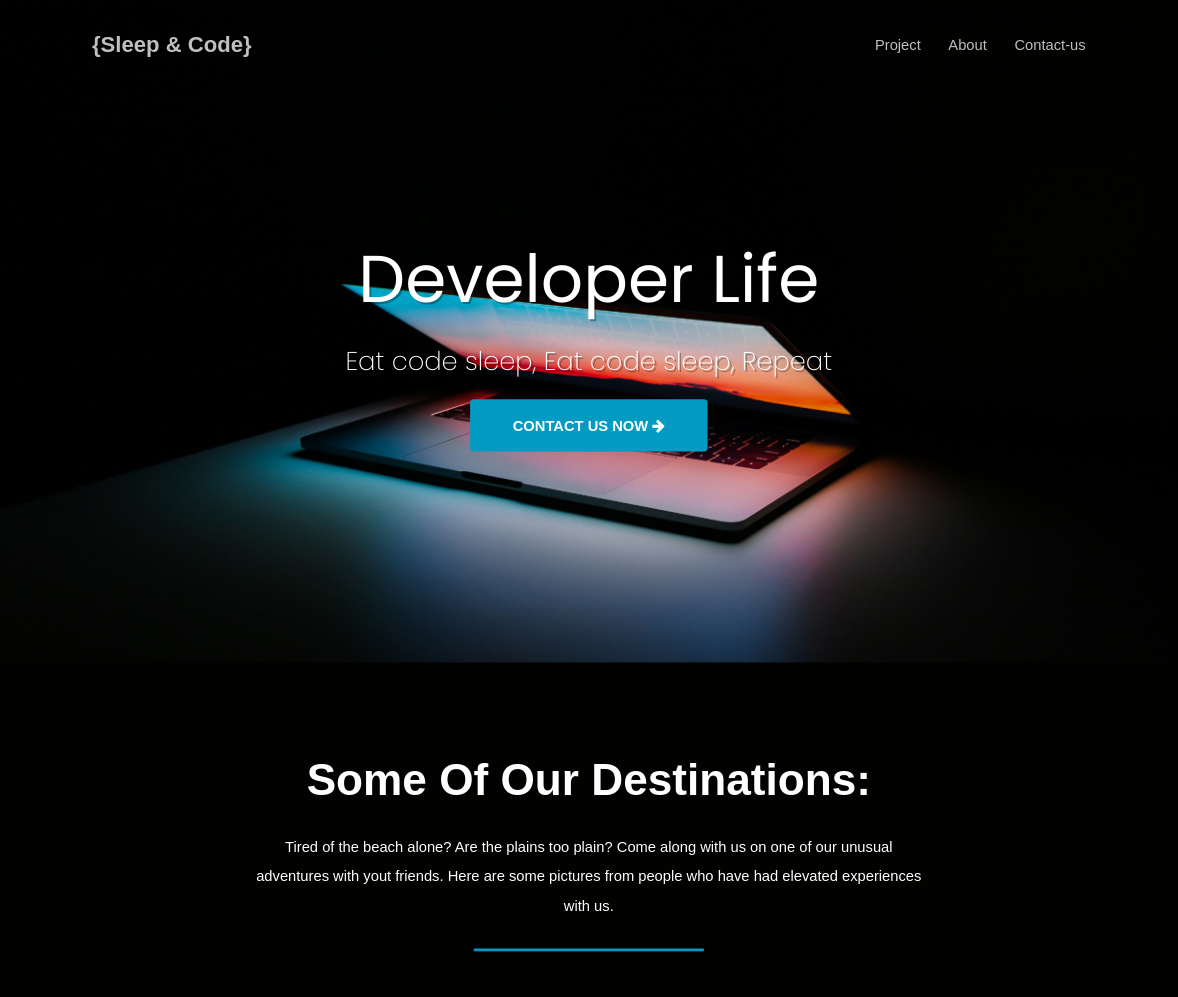
Repository: Samkiroko/Techcamp-html
Page: index.html
These files come from the project's save history. The page is drawn as it stood at one moment and after the next save; the edit follows.
The browser window is 1280 px wide. The pictures show the part of the page from y = 0 to 1084 px (the page is 4704 px tall), at 92% of full size.
Pictures or frames that could not be fetched are drawn as grey boxes.

Above is the page before, as saved 2021-08-05 16:50:33.
Not found: assets/css/styles.css

### index.html
<!DOCTYPE html>
<html lang="en">

<head>
    <meta charset="UTF-8">
    <title>Tech Camp start-up</title>
    <link rel="stylesheet" href="./style.css">

</head>


<!-- partial:index.partial.html -->
<link rel="preconnect" href="https://fonts.googleapis.com">
<link rel="preconnect" href="https://fonts.gstatic.com" crossorigin>
<link href="https://fonts.googleapis.com/css2?family=Poppins:wght@200;400;600&display=swap" rel="stylesheet">
<link rel="stylesheet" href="https://maxcdn.bootstrapcdn.com/font-awesome/4.7.0/css/font-awesome.min.css">
<link rel="stylesheet" href="assets/css/styles.css">
</head>


<!-- Forked from a template on Tutorialzine: https://tutorialzine.com/2016/06/freebie-landing-page-template-with-flexbox -->
<header>
    <h2><a href="#">{Sleep & Code}</a></h2>
    <nav>
        <li><a href="#">Project</a></li>
        <li><a href="#">About</a></li>
        <li><a href="#">Contact-us</a></li>
    </nav>
</header>

<section class="hero">
    <div class="background-image"></div>
    <div class="hero-content-area">
        <h1>Developer Life</h1>
        <h3>Eat code sleep, Eat code sleep, Repeat</h3>
        <a href="#" class="btn ">Contact Us Now <span class="fa fa-arrow-right"></span></a>
    </div>
</section>

<section class="destinations">
    <h3 class="title">Some of our destinations:</h3>
    <p>Tired of the beach alone? Are the plains too plain? Come along with us on one of our unusual adventures with yout friends. Here are some pictures from people who have had elevated experiences with us.</p>
    <hr>

    <ul class="grid">
        <li class="small image-1"></li>
        <li class="large image-2"></li>
        <li class="large image-3"></li>
        <li class="small image-4"></li>
    </ul>
</section>

<section class="packages">
    <h3 class="title">CODING PROJECT PLAN :</h3>
    <p>We offer a variety of group (minimum 5 people) packages. Whether you've spent some summers together or this might be your first adventure, we've got the perfect vacation for you.</p>
    <hr>

    <ul class="grid">
        <li>
            <i class="fa fa-compass fa-4x"></i>
            <h4>Guided Trips</h4>
            <p>Looking for the complete experience? Take a tour with one of our experts. They'll show you secrets that you're likely to miss otherwise.</p>
        </li>
        <li>
            <i class="fa fa-camera-retro fa-4x"></i>
            <h4>Photo Trips</h4>
            <p>Want to experience nature's beauty without all of that annoying exercise? Take a photo tour on one of our <em>Life is a party!</em> buses.</p>
        </li>
        <li>
            <i class="fa fa-bicycle fa-4x"></i>
            <h4>Biking Trips</h4>
            <p>If bicycles are more your speed, consider taking a tour through one of our mountain or city bike paths. We'll provide the bikes, and lunch too!</p>
        </li>
        <li>
            <i class="fa fa-flag-checkered fa-4x"></i>
            <h4>Racing Trips</h4>
            <p>Got a competitive spirit? Sign up for one of our challenge-based marathons! Try to reach the summit before any other group.</p>
        </li>
    </ul>
</section>

<section class="testimonials">
    <h3 class="title">Testimonials from our adventurers:</h3>
    <hr>
    <p class="quote">Wow! This tour made me realize how much I love being outside with my friends. After going on one of these tours, I can safely say that beer pong is my favorite game all time, also the cultural programs were really interesting!</p>
    <p class="author">- Albert Herter</p>
    <p class="quote">Wow, this really blew my mind. We had so much fun at the beach, and also some hidden secrets revealed. Come on, I'm living in this city for 5 years. Amazing!</p>
    <p class="author">- Sharon Rosenberg</p>
    <p class="quote">If you want to understand your friends better, head to the mountains. I mean, seriously. It's like sitting next to a campfire and just talk in the sunset, woah. You know? It's like that.</p>
    <p class="author">- Luis Mendoza</p>
</section>

<section class="contact">
    <h3 class="title">Learn more</h3>
    <p>Want to know about our upcoming events, or come to one of our mixers? Just sign up for our mailing list. No spam from us, we promise! Except for the spam we give you to keep up your energy while you're having fun with your friends. Have a blast! We
        have tons of that.</p>
    <hr>
    <form>
        <input type="email" placeholder="Email">
        <a href="#" class="btn">Subscribe now</a>
    </form>
</section>

<footer>
    <p>Images courtesy of <a href="http://unsplash.com/">unsplash</a>.</p>
    <p>Why are you even reading this?! There's never anything interesting in the footer!</p>
    <ul>
        <li><a href="#"><i class="fa fa-twitter-square fa-2x"></i></a></li>
        <li><a href="#"><i class="fa fa-facebook-square fa-2x"></i></a></li>
        <li><a href="#"><i class="fa fa-snapchat-square fa-2x"></i></a></li>
    </ul>
</footer>
<!-- partial -->

</body>

</html>

### style.css
/*General Styles*/

* {
    margin: 0;
    padding: 0;
    box-sizing: border-box;
}

body {
    background: #020200;
}

html {
    font-size: 16px;
    font-family: 'Raleway', sans-serif;
    color: #fff;
}

ul,
nav {
    list-style: none;
}

a {
    text-decoration: none;
    opacity: 0.75;
    color: #fff;
}

a:hover {
    opacity: 1;
}

a.btn {
    border-radius: 4px;
    text-transform: uppercase;
    font-weight: bold;
    text-align: center;
    background-color: #039bc2;
    opacity: 1;
    transition: all 400ms;
}

a.btn:hover {
    background-color: #ce5856;
}

section {
    display: flex;
    flex-direction: column;
    align-items: center;
    padding: 100px 80px;
}

section:not(.hero):nth-child(even) {
    background-color: #f5f5f5;
}

.grid {
    width: 100%;
    display: flex;
    flex-wrap: wrap;
    justify-content: center;
}

hr {
    width: 250px;
    height: 3px;
    background-color: #039bc2;
    border: 0;
    margin-bottom: 50px;
}


/*
.image-1 {
    background-image: url('https://images.unsplash.com/photo-1505852903341-fc8d3db10436?ixlib=rb-0.3.5&q=80&fm=jpg&crop=entropy&cs=tinysrgb&w=1600&h=900&fit=crop&s=e2f72e62d5f4f04256dd9305d5f51f3c');
}

.image-2 {
    background-image: url('https://images.unsplash.com/photo-1475483768296-6163e08872a1?ixlib=rb-0.3.5&q=80&fm=jpg&crop=entropy&cs=tinysrgb&w=1600&h=900&fit=crop&s=20b3b1c3caef8c619ac3c75c07a7eafb');
}

.image-3 {
    background-image: url('https://images.unsplash.com/photo-1490576198307-6ff97609a0cc?ixlib=rb-0.3.5&q=80&fm=jpg&crop=entropy&cs=tinysrgb&w=1600&h=900&fit=crop&s=a0dbd168637edc2cfdac3715ab23d519');
}

.image-4 {
    background-image: url('https://images.unsplash.com/photo-1505483531331-fc3cf89fd382?ixlib=rb-0.3.5&q=80&fm=jpg&crop=entropy&cs=tinysrgb&w=1600&h=900&fit=crop&s=4f305bbc0243f81f1bf6053a62d76297');
} */

section h3.title {
    text-transform: capitalize;
    font: bold 48px 'Amatic SC', sans-serif;
    margin-bottom: 30px;
    text-align: center;
    color: #fff;
}

section p {
    max-width: 775px;
    line-height: 2;
    padding: 0 20px;
    margin-bottom: 30px;
    text-align: center;
    color: #ffff;
}

@media (max-width: 800px) {
    section {
        padding: 50px 20px;
    }
}


/*Header Styles*/

header {
    position: absolute;
    width: 100%;
    display: flex;
    justify-content: space-between;
    align-items: center;
    padding: 35px 100px 0;
    animation: 1s fadein 0.5s forwards;
    opacity: 0;
    color: #fff;
    z-index: 2;
}

@keyframes fadein {
    100% {
        opacity: 1;
    }
}

header h2 {
    font-family: 'Amatic SC', sans-serif;
}

header nav {
    display: flex;
    margin-right: -15px;
}

header nav li {
    margin: 0 15px;
}

@media (max-width: 800px) {
    header {
        padding: 20px 50px;
        flex-direction: column;
    }
    header h2 {
        margin-bottom: 15px;
    }
}


/*Hero Styles*/

.hero {
    position: relative;
    justify-content: center;
    text-align: center;
    min-height: 100vh;
    color: #fff;
}

.hero .background-image {
    position: absolute;
    top: 0;
    left: 0;
    width: 100%;
    height: 100%;
    background-image: url('img/hp.jpg');
    background-size: cover;
    z-index: -1;
    background-color: #80a3db;
}

.hero h1 {
    font: 72px 'Amatic SC', sans-serif;
    text-shadow: 2px 2px rgba(0, 0, 0, 0.3);
    margin-bottom: 15px;
}

.hero h3 {
    font: 28px 'Raleway', sans-serif;
    font-weight: 300;
    text-shadow: 2px 2px rgba(0, 0, 0, 0.3);
    margin-bottom: 40px;
}

.hero a.btn {
    padding: 20px 46px;
}

.hero-content-area {
    opacity: 0;
    margin-top: 100px;
    animation: 1s slidefade 1s forwards;
}

@keyframes slidefade {
    100% {
        opacity: 1;
        margin: 0;
    }
}

@media (max-width: 800px) {
    .hero {
        min-height: 600px;
    }
    .hero h1 {
        font-size: 48px;
    }
    .hero h3 {
        font-size: 24px;
    }
    .hero a.btn {
        padding: 15px 40px;
    }
}


/*Destinations Section*/

.destinations .grid li {
    height: 350px;
    padding: 20px;
    background-clip: content-box;
    background-size: cover;
    background-position: center;
}

.destinations .grid li.small {
    flex-basis: 30%;
}

.destinations .grid li.large {
    flex-basis: 70%;
}

@media (max-width: 1100px) {
    .destinations .grid li.small,
    .destinations .grid li.large {
        flex-basis: 50%;
    }
}

@media (max-width: 800px) {
    .destinations .grid li.small,
    .destinations .grid li.large {
        flex-basis: 100%;
    }
}


/*Packages Section*/

.packages .grid li {
    padding: 50px;
    flex-basis: 50%;
    text-align: center;
}

.packages .grid li i {
    color: #039bc2;
}

.packages .grid li h4 {
    font-size: 30px;
    margin: 25px 0;
}

@media (max-width: 800px) {
    .packages .grid li {
        flex-basis: 100%;
        padding: 20px;
    }
}


/*Testimonials Section*/

.testimonials .quote {
    font-size: 22px;
    font-weight: 300;
    line-height: 1.5;
    margin: 40px 0 25px;
}

@media (max-width: 800px) {
    .testimonials .quote {
        font-size: 18px;
        margin: 15px 0;
    }
    .testimonials .author {
        font-size: 14px;
    }
}


/*Contact Section*/

.contact form {
    display: flex;
    align-items: center;
    justify-content: center;
    flex-wrap: wrap;
    width: 60%;
}

.contact form .btn {
    padding: 18px 42px;
}

.contact form input {
    padding: 15px;
    margin-right: 30px;
    font-size: 18px;
    color: #555;
    flex: 1;
}

@media (max-width: 1000px) {
    .contact form input {
        flex-basis: 100%;
        margin: 0 0 20px 0;
    }
}


/*Footer Section*/

footer {
    display: flex;
    align-items: center;
    justify-content: space-around;
    background-color: #555;
    color: #fff;
    padding: 20px 0;
}

footer ul {
    display: flex;
}

footer ul li {
    margin-left: 16px;
}

footer p {
    text-transform: uppercase;
    font-size: 14px;
    opacity: 0.6;
    align-self: center;
}

@media (max-width: 1100px) {
    footer {
        flex-direction: column;
    }
    footer p {
        text-align: center;
        margin-bottom: 20px;
    }
    footer ul li {
        margin: 0 8px;
    }
}


/*General Styles*/

* {
    margin: 0;
    padding: 0;
    box-sizing: border-box;
}

html {
    font-size: 16px;
    font-family: 'Raleway', sans-serif;
    color: #555;
}

ul,
nav {
    list-style: none;
}

a {
    text-decoration: none;
    opacity: 0.75;
    color: #fff;
}

a:hover {
    opacity: 1;
}

a.btn {
    border-radius: 4px;
    text-transform: uppercase;
    font-weight: bold;
    text-align: center;
    background-color: #039bc2;
    opacity: 1;
    transition: all 400ms;
}

a.btn:hover {
    background-color: #ce5856;
}

section {
    display: flex;
    flex-direction: column;
    align-items: center;
    padding: 100px 80px;
}

section:not(.hero):nth-child(even) {
    background-color: #f5f5f5;
}

.grid {
    width: 100%;
    display: flex;
    flex-wrap: wrap;
    justify-content: center;
}

hr {
    width: 250px;
    height: 3px;
    background-color: #039bc2;
    border: 0;
    margin-bottom: 50px;
}

.image-1 {
    background-image: url('https://images.unsplash.com/photo-1505852903341-fc8d3db10436?ixlib=rb-0.3.5&q=80&fm=jpg&crop=entropy&cs=tinysrgb&w=1600&h=900&fit=crop&s=e2f72e62d5f4f04256dd9305d5f51f3c');
}

.image-2 {
    background-image: url('https://images.unsplash.com/photo-1475483768296-6163e08872a1?ixlib=rb-0.3.5&q=80&fm=jpg&crop=entropy&cs=tinysrgb&w=1600&h=900&fit=crop&s=20b3b1c3caef8c619ac3c75c07a7eafb');
}

.image-3 {
    background-image: url('https://images.unsplash.com/photo-1490576198307-6ff97609a0cc?ixlib=rb-0.3.5&q=80&fm=jpg&crop=entropy&cs=tinysrgb&w=1600&h=900&fit=crop&s=a0dbd168637edc2cfdac3715ab23d519');
}

.image-4 {
    background-image: url('https://images.unsplash.com/photo-1505483531331-fc3cf89fd382?ixlib=rb-0.3.5&q=80&fm=jpg&crop=entropy&cs=tinysrgb&w=1600&h=900&fit=crop&s=4f305bbc0243f81f1bf6053a62d76297');
}

section h3.title {
    color: ffff !important;
    text-transform: capitalize;
    font: bold 48px 'Amatic SC', sans-serif;
    margin-bottom: 30px;
    text-align: center;
}

section p {
    max-width: 775px;
    line-height: 2;
    padding: 0 20px;
    margin-bottom: 30px;
    text-align: center;
}

@media (max-width: 800px) {
    section {
        padding: 50px 20px;
    }
}


/*Header Styles*/

header {
    position: absolute;
    width: 100%;
    display: flex;
    justify-content: space-between;
    align-items: center;
    padding: 35px 100px 0;
    animation: 1s fadein 0.5s forwards;
    opacity: 0;
    color: #fff;
    z-index: 2;
}

@keyframes fadein {
    100% {
        opacity: 1;
    }
}

header h2 {
    font-family: 'Amatic SC', sans-serif;
}

header nav {
    display: flex;
    margin-right: -15px;
}

header nav li {
    margin: 0 15px;
}

@media (max-width: 800px) {
    header {
        padding: 20px 50px;
        flex-direction: column;
    }
    header h2 {
        margin-bottom: 15px;
    }
}


/*Hero Styles*/

.hero {
    position: relative;
    justify-content: center;
    text-align: center;
    min-height: 100vh;
    color: #fff;
}

.hero .background-image {
    position: absolute;
    top: 0;
    left: 0;
    width: 100%;
    height: 100%;
    background-image: url('img/hp.jpg');
    background-size: cover;
    z-index: -1;
    background-color: #80a3db;
}

.hero h1 {
    font: 72px 'Poppins', sans-serif;
    text-shadow: 2px 2px rgba(0, 0, 0, 0.3);
    margin-bottom: 15px;
}

.hero h3 {
    font: 28px 'Poppins', sans-serif;
    font-weight: 300;
    text-shadow: 2px 2px rgba(0, 0, 0, 0.3);
    margin-bottom: 40px;
}

.hero a.btn {
    padding: 20px 46px;
}

.hero-content-area {
    opacity: 0;
    margin-top: 100px;
    animation: 1s slidefade 1s forwards;
}

@keyframes slidefade {
    100% {
        opacity: 1;
        margin: 0;
    }
}

@media (max-width: 800px) {
    .hero {
        min-height: 600px;
    }
    .hero h1 {
        font-size: 48px;
    }
    .hero h3 {
        font-size: 24px;
    }
    .hero a.btn {
        padding: 15px 40px;
    }
}


/*Destinations Section*/

.destinations .grid li {
    height: 350px;
    padding: 20px;
    background-clip: content-box;
    background-size: cover;
    background-position: center;
}

.destinations .grid li.small {
    flex-basis: 30%;
}

.destinations .grid li.large {
    flex-basis: 70%;
}

@media (max-width: 1100px) {
    .destinations .grid li.small,
    .destinations .grid li.large {
        flex-basis: 50%;
    }
}

@media (max-width: 800px) {
    .destinations .grid li.small,
    .destinations .grid li.large {
        flex-basis: 100%;
    }
}


/*Packages Section*/

.packages .grid li {
    padding: 50px;
    flex-basis: 50%;
    text-align: center;
}

.packages .grid li i {
    color: #039bc2;
}

.packages .grid li h4 {
    font-size: 30px;
    margin: 25px 0;
}

@media (max-width: 800px) {
    .packages .grid li {
        flex-basis: 100%;
        padding: 20px;
    }
}


/*Testimonials Section*/

.testimonials .quote {
    font-size: 22px;
    font-weight: 300;
    line-height: 1.5;
    margin: 40px 0 25px;
}

@media (max-width: 800px) {
    .testimonials .quote {
        font-size: 18px;
        margin: 15px 0;
    }
    .testimonials .author {
        font-size: 14px;
    }
}


/*Contact Section*/

.contact form {
    display: flex;
    align-items: center;
    justify-content: center;
    flex-wrap: wrap;
    width: 60%;
}

.contact form .btn {
    padding: 18px 42px;
}

.contact form input {
    padding: 15px;
    margin-right: 30px;
    font-size: 18px;
    color: #555;
    flex: 1;
}

@media (max-width: 1000px) {
    .contact form input {
        flex-basis: 100%;
        margin: 0 0 20px 0;
    }
}


/*Footer Section*/

footer {
    display: flex;
    align-items: center;
    justify-content: space-around;
    background-color: #555;
    color: #fff;
    padding: 20px 0;
}

footer ul {
    display: flex;
}

footer ul li {
    margin-left: 16px;
}

footer p {
    text-transform: uppercase;
    font-size: 14px;
    opacity: 0.6;
    align-self: center;
}

@media (max-width: 1100px) {
    footer {
        flex-direction: column;
    }
    footer p {
        text-align: center;
        margin-bottom: 20px;
    }
    footer ul li {
        margin: 0 8px;
    }
}

After the next save:
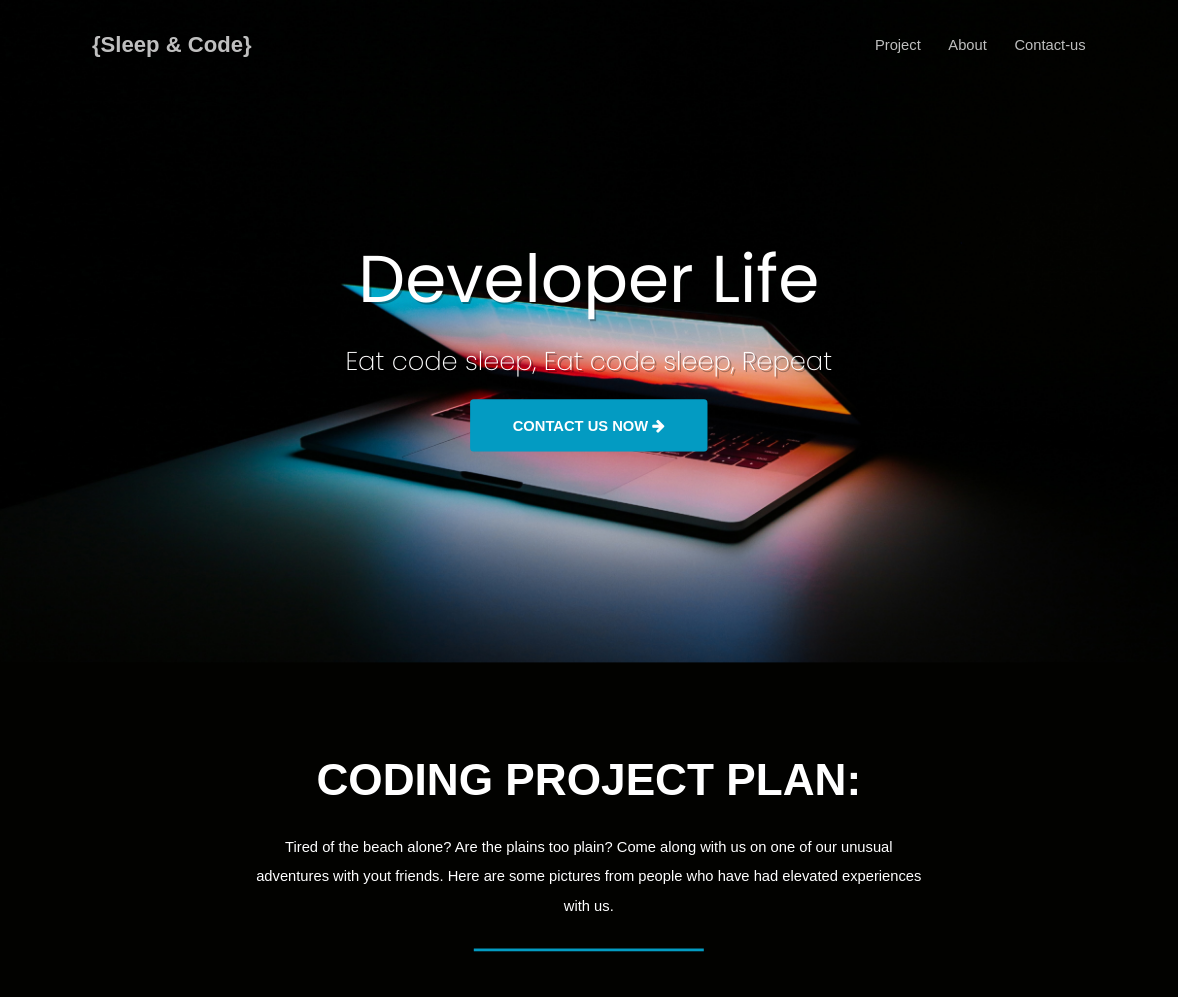
Saved 20 s later.
--- a/index.html
+++ b/index.html
@@ -38,7 +38,7 @@
 </section>
 
 <section class="destinations">
-    <h3 class="title">Some of our destinations:</h3>
+    <h3 class="title">CODING PROJECT PLAN:</h3>
     <p>Tired of the beach alone? Are the plains too plain? Come along with us on one of our unusual adventures with yout friends. Here are some pictures from people who have had elevated experiences with us.</p>
     <hr>
 
